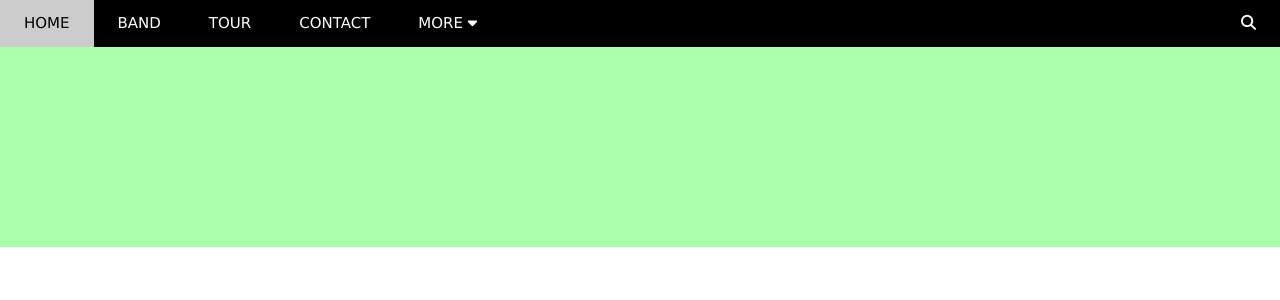
Repository: tam1512/The-Band
Page: index.html
These files come from the project's save history. The page is drawn as it stood at one moment and after the next save; the edit follows.
The browser window is 1280 px wide. The pictures show the whole page.
Some web libraries are served in a nearby version.

Above is the page before, as saved 2022-07-21 11:21:42.

### index.html
<!DOCTYPE html>
<html lang="en">
  <head>
    <meta charset="UTF-8" />
    <meta http-equiv="X-UA-Compatible" content="IE=edge" />
    <meta name="viewport" content="width=device-width, initial-scale=1.0" />
    <link
      rel="stylesheet"
      href="https://cdnjs.cloudflare.com/ajax/libs/font-awesome/6.1.1/css/all.min.css"
      integrity="sha512-KfkfwYDsLkIlwQp6LFnl8zNdLGxu9YAA1QvwINks4PhcElQSvqcyVLLD9aMhXd13uQjoXtEKNosOWaZqXgel0g=="
      crossorigin="anonymous"
      referrerpolicy="no-referrer"
    />
    <link rel="stylesheet" href="./assets/css/style.css" />
    <title>The Band</title>
  </head>
  <body>
    <div class="container">
      <div class="header" id="home">
        <ul id="nav">
          <li><a href="#home">HOME</a></li>
          <li><a href="#band">BAND</a></li>
          <li><a href="#tour">TOUR</a></li>
          <li><a href="#contact">CONTACT</a></li>
          <li class="dropdown">
            <a href="javascript:void(0)" class="dropbtn">
              MORE
              <i class="fa-solid fa-caret-down"></i>
            </a>
            <div class="dropdown-content">
              <a href="#">Merchandise</a>
              <a href="#">Extras</a>
              <a href="#">Media</a>
            </div>
          </li>
        </ul>
        <div id="search">
          <i class="fa-solid fa-magnifying-glass color-white"></i>
        </div>
      </div>
      <div
        class="slider"
        style="background-color: #afa; width: 100%; height: 200px; clear: both"
      ></div>
    </div>
  </body>
</html>

### assets/css/style.css
:root {
  --font-size-30: 30px;
}

* {
  padding: 0;
  margin: 0;
  box-sizing: border-box;
}

body {
  font-family: Verdana, sans-serif;
  font-size: 15px;
  line-height: 22.5px;
}

.color-white {
  color: white;
}
.header {
  /* height: 47px;
  background-color: #000; */
}

#nav {
  list-style-type: none;
  background-color: #000;
  overflow: hidden;
}

#nav > li {
  float: left;
}

#nav > li > a,
.dropbtn {
  display: inline-block;
  padding: 12px 24px;
  text-align: center;
  color: #fff;
  text-decoration: none;
}

#nav > li > a:hover,
.dropdown:hover,
.dropbtn:hover,
.dropdown-content a:hover {
  background-color: #ccc;
  color: black;
}

li.dropdown {
  display: inline-block;
  /* position: relative; */
}

.dropdown-content {
  display: none;
  position: absolute;
  min-width: 160px;
  background-color: #fff;
  box-shadow: 0px 8px 16px 0px rgba(0, 0, 0, 0.2);
  /* z-index: 1; */
}

.dropdown-content a {
  color: #000 !important;
  text-align: left;
  padding: 8px 16px;
  display: block;
  text-decoration: none;
}

.dropdown:hover .dropdown-content {
  display: block;
}

#search {
  position: absolute;
  top: 0;
  right: 0;
  padding: 12px 24px;
}

#search:hover {
  background-color: #f44336;
}

After the next save:
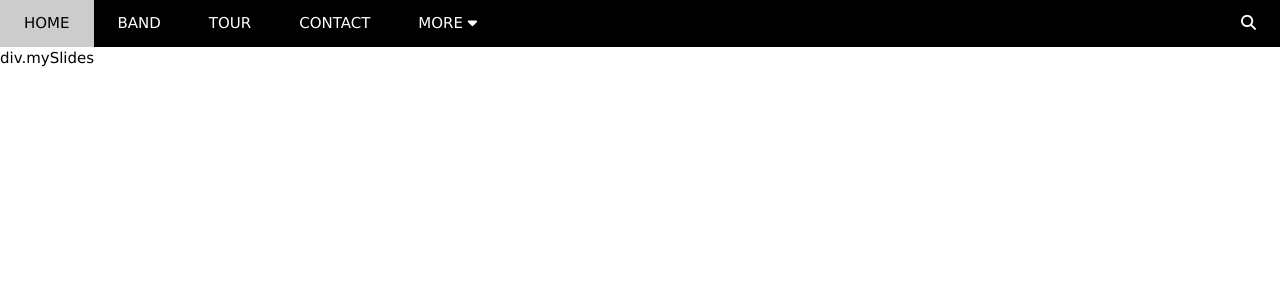
Saved 2 min 1 s later.
--- a/index.html
+++ b/index.html
@@ -38,10 +38,7 @@
           <i class="fa-solid fa-magnifying-glass color-white"></i>
         </div>
       </div>
-      <div
-        class="slider"
-        style="background-color: #afa; width: 100%; height: 200px; clear: both"
-      ></div>
+      <div class="slideshow-container">div.mySlides</div>
     </div>
   </body>
 </html>
